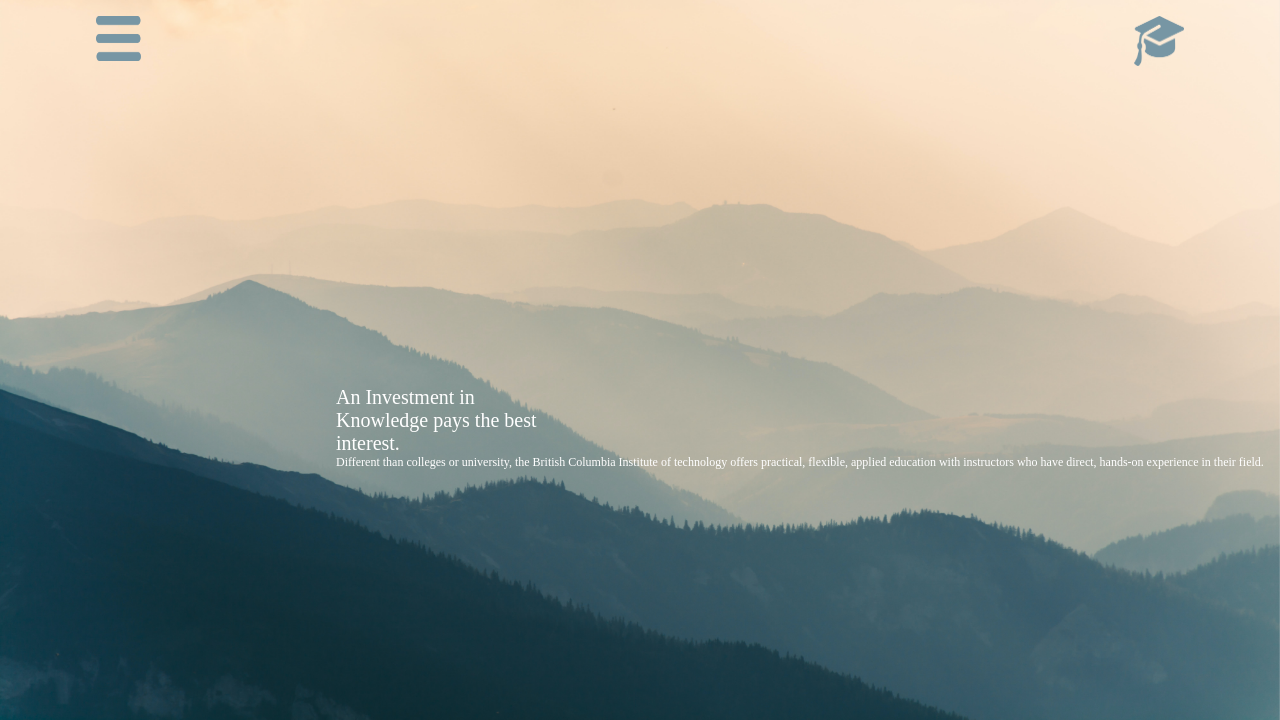
Repository: anoncoderin/assignment01-withCarousel-Madhu
Page: /
These files come from the project's save history. The page is drawn as it stood at one moment and after a run of saves; the edit follows.
The browser window is 1280 px wide. The pictures show the whole page.
The project was rebuilt for these pictures with package versions that can differ from the ones it lists, and the page was loaded fresh each time. The framework's server and built-in components were replaced by stand-ins that run in the browser. Also part of the build but not shown: next.config.js.

Above is the page before, as saved 2023-02-01 22:01:16.

After the next 2 saves:
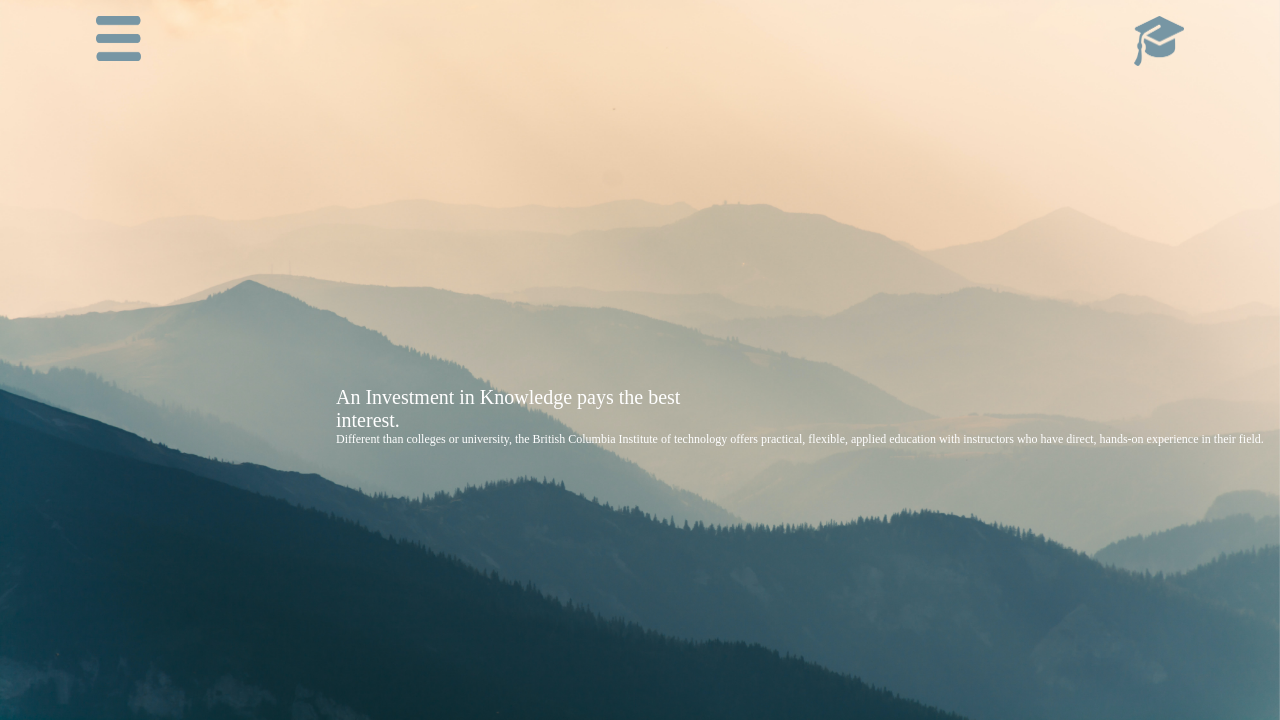
The 2 saves are shown as one change because they came seconds apart.
The last was saved 78 s later.
--- a/pages/index.js
+++ b/pages/index.js
@@ -36,7 +36,7 @@ export default function Home() {
           </div>
           <div className={styles.container}>
           <p className={styles.info}>
-            An Investment in<br></br>Knowledge pays the best<br></br>interest.
+            An Investment in Knowledge pays the best<br></br>interest.
 
           </p>
           <p className={styles.smallp}>Different than colleges or university, the British Columbia Institute of technology offers
